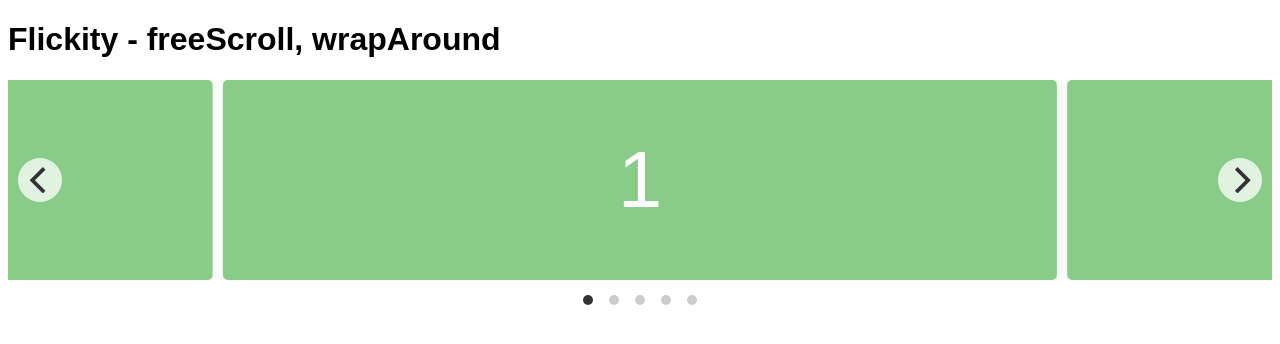
Repository: tongdkhai/Graphic-Art-Mart
Page: test/test.html
These files come from the project's save history. The page is drawn as it stood at one moment and after the next save; the edit follows.
The browser window is 1280 px wide. The pictures show the whole page.

Above is the page before, as saved 2022-10-25 16:55:33.

### test/test.html
<!DOCTYPE html>
<html lang="en">
  <head>
    <meta charset="UTF-8" />
    <meta http-equiv="X-UA-Compatible" content="IE=edge" />
    <meta name="viewport" content="width=device-width, initial-scale=1.0" />
    <title>Document</title>
    <link
      rel="stylesheet"
      href="https://unpkg.com/flickity@2.3.0/dist/flickity.pkgd.min.js"
    />
    <link
      rel="stylesheet"
      href="https://unpkg.com/flickity@2.3.0/dist/flickity.css"
    />
    <link rel="stylesheet" href="./flickity-master/css/flickity.css">
    <style>
      /* external css: flickity.css */

      * {
        box-sizing: border-box;
      }

      body {
        font-family: sans-serif;
      }

      .carousel {
        background: #fafafa;
      }

      .carousel-cell {
        width: 66%;
        height: 200px;
        margin-right: 10px;
        background: #8c8;
        border-radius: 5px;
        counter-increment: carousel-cell;
      }

      /* cell number */
      .carousel-cell:before {
        display: block;
        text-align: center;
        content: counter(carousel-cell);
        line-height: 200px;
        font-size: 80px;
        color: white;
      }
    </style>
  </head>
  <body>
    <h1>Flickity - freeScroll, wrapAround</h1>

    <!-- Flickity HTML init -->
    <div
      class="carousel"
      data-flickity='{ "freeScroll": true, "wrapAround": true }'
    >
      <div class="carousel-cell">

      </div>
      <div class="carousel-cell">

      </div>
      <div class="carousel-cell">

      </div>
      <div class="carousel-cell">

      </div>
      <div class="carousel-cell">

      </div>
    </div>
    <script type="text/javascript" src="./docs/flickity.pkgd.min.js"></script>
  </body>
</html>

### test/flickity-master/css/flickity.css
/*! Flickity v3.0.0
https://flickity.metafizzy.co
---------------------------------------------- */

.flickity-enabled {
  position: relative;
}

.flickity-enabled:focus { outline: none; }

.flickity-viewport {
  overflow: hidden;
  position: relative;
  height: 100%;
  touch-action: pan-y;
}

.flickity-slider {
  position: absolute;
  width: 100%;
  height: 100%;
  left: 0;
}

.flickity-rtl .flickity-slider {
  left: unset;
  right: 0;
}

/* draggable */

.flickity-enabled.is-draggable {
  -webkit-tap-highlight-color: transparent;
  user-select: none;
}

.flickity-enabled.is-draggable .flickity-viewport {
  cursor: move;
  cursor: grab;
}

.flickity-enabled.is-draggable .flickity-viewport.is-pointer-down {
  cursor: grabbing;
}

/* ---- flickity-cell ---- */

.flickity-cell {
  position: absolute;
  left: 0;
}

.flickity-rtl .flickity-cell {
  left: unset;
  right: 0;
}

/* ---- flickity-button ---- */

.flickity-button {
  position: absolute;
  background: hsl(0 0% 100% / 75%);
  border: none;
  color: #333;
}

.flickity-button:hover {
  background: white;
  cursor: pointer;
}

.flickity-button:focus {
  outline: none;
  box-shadow: 0 0 0 5px #19F;
}

.flickity-button:active {
  opacity: 0.6;
}

.flickity-button:disabled {
  opacity: 0.3;
  cursor: auto;
  /* prevent disabled button from capturing pointer up event. #716 */
  pointer-events: none;
}

.flickity-button-icon {
  fill: currentColor;
}

/* ---- previous/next buttons ---- */

.flickity-prev-next-button {
  top: 50%;
  width: 44px;
  height: 44px;
  border-radius: 50%;
  /* vertically center */
  transform: translateY(-50%);
}

.flickity-prev-next-button.previous { left: 10px; }
.flickity-prev-next-button.next { right: 10px; }
/* right to left */
.flickity-rtl .flickity-prev-next-button.previous {
  left: auto;
  right: 10px;
}

.flickity-rtl .flickity-prev-next-button.next {
  right: auto;
  left: 10px;
}

.flickity-prev-next-button .flickity-button-icon {
  position: absolute;
  left: 20%;
  top: 20%;
  width: 60%;
  height: 60%;
}

/* ---- page dots ---- */

.flickity-page-dots {
  position: absolute;
  width: 100%;
  bottom: -25px;
  text-align: center;
  display: flex;
  justify-content: center;
  flex-wrap: wrap;
}

.flickity-rtl .flickity-page-dots { direction: rtl; }

.flickity-page-dot {
  display: block;
  width: 10px;
  height: 10px;
  padding: 0;
  margin: 0 8px;
  background: hsl(0 0% 20% / 25%);
  border-radius: 50%;
  cursor: pointer;
  appearance: none;
  border: none;
  text-indent: -9999px;
  overflow: hidden;
}

.flickity-rtl .flickity-page-dot {
  text-indent: 9999px;
}

.flickity-page-dot:focus {
  outline: none;
  box-shadow: 0 0 0 5px #19F;
}

.flickity-page-dot.is-selected {
  background: hsl(0 0% 20% / 100%);
}

Loaded but not shown: test/docs/flickity.pkgd.min.js (library)

After the next save:
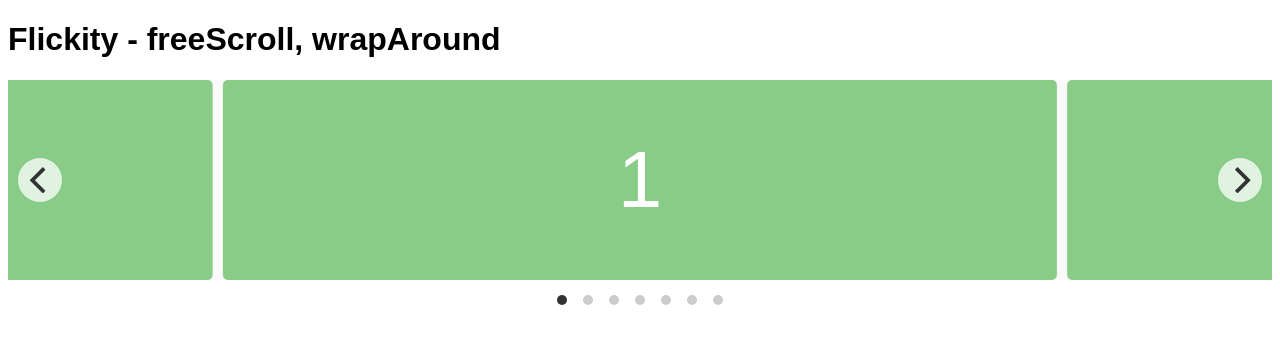
Saved 106 s later.
--- a/test/test.html
+++ b/test/test.html
@@ -13,7 +13,7 @@
       rel="stylesheet"
       href="https://unpkg.com/flickity@2.3.0/dist/flickity.css"
     />
-    <link rel="stylesheet" href="./flickity-master/css/flickity.css">
+    <link rel="stylesheet" href="./flickity-master/css/flickity.css" />
     <style>
       /* external css: flickity.css */
 
@@ -58,19 +58,25 @@
       data-flickity='{ "freeScroll": true, "wrapAround": true }'
     >
       <div class="carousel-cell">
-
+        <img src="./image.jpg" alt="" />
       </div>
       <div class="carousel-cell">
-
+        <img src="./image.jpg" alt="" />
       </div>
       <div class="carousel-cell">
-
+        <img src="./image.jpg" alt="" />
       </div>
       <div class="carousel-cell">
-
+        <img src="./image.jpg" alt="" />
       </div>
       <div class="carousel-cell">
-
+        <img src="./image.jpg" alt="" />
+      </div>
+      <div class="carousel-cell">
+        <img src="./image.jpg" alt="" />
+      </div>
+      <div class="carousel-cell">
+        <img src="./image.jpg" alt="" />
       </div>
     </div>
     <script type="text/javascript" src="./docs/flickity.pkgd.min.js"></script>
